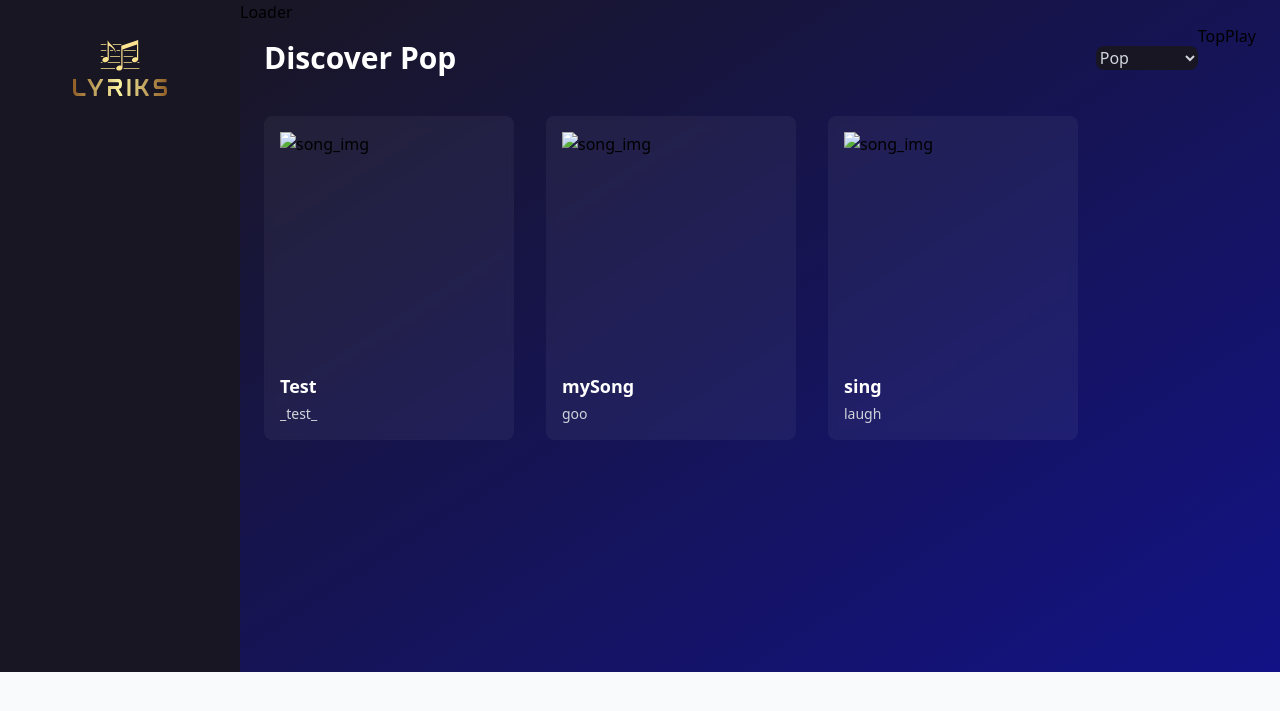
Repository: Chris24T/Dotify
Page: /
The author's editor kept a copy of each file at every save. The page is drawn from the files as they stood at one save, then again after the next save.
The browser window is 1280 px wide. The pictures show the whole page.
The project was rebuilt for these pictures with package versions that can differ from the ones it lists, and the page was loaded fresh each time. Also part of the build but not shown: vite.config.js, src/components/ArtistCard.jsx, src/components/DetailsHeader.jsx, src/components/SongBar.jsx, src/components/RelatedSongs.jsx, src/components/MusicPlayer/Controls.jsx, src/components/MusicPlayer/Player.jsx, src/components/MusicPlayer/Seekbar.jsx and 11 more.

Above is the page before, as saved 2022-12-04 19:55:08.

After the next save:
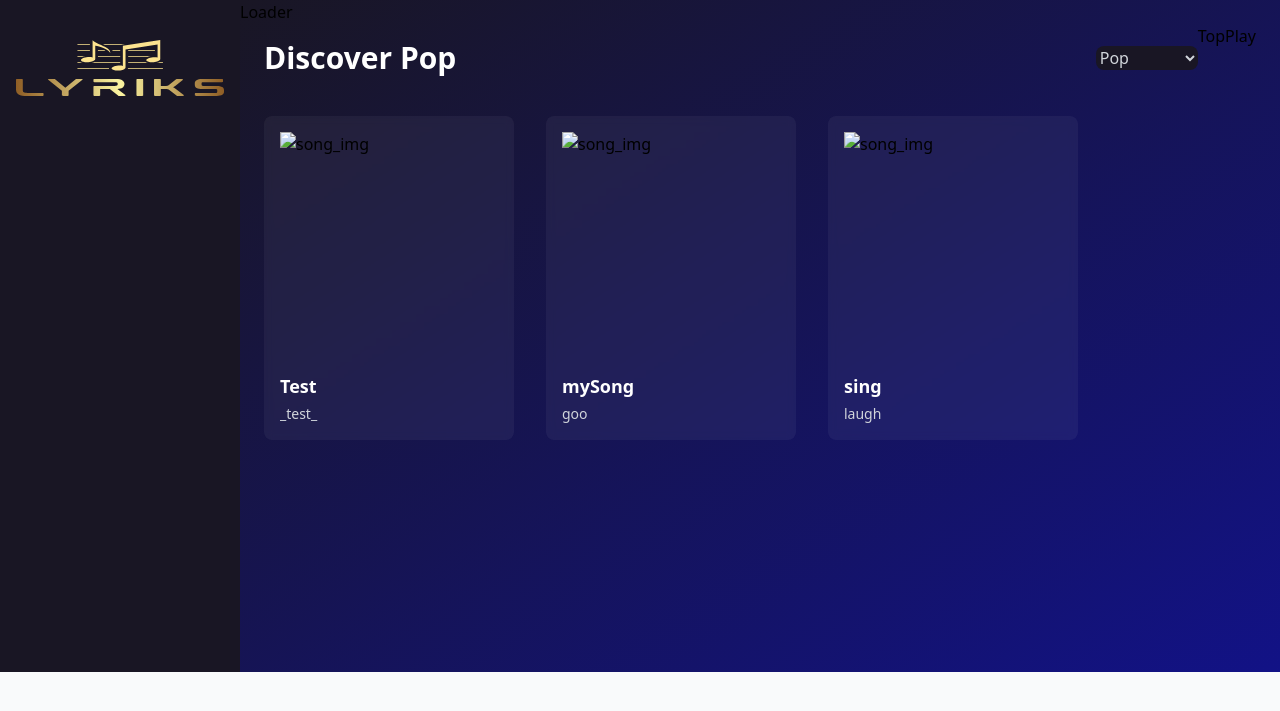
Saved 5 s later.
--- a/src/components/Sidebar.jsx
+++ b/src/components/Sidebar.jsx
@@ -11,7 +11,7 @@
   return (
     <>
       <div className="md:flex hidden flex-col w-[240px] py-10 px-4 bg-[#191624]">
-        <img src={logo} alt="logo" className='="w-full h-14 object-contain' />
+        <img src={logo} alt="logo" className='="w-full h-14 ' />
       </div>
     </>
   );

After the 2 saves that followed:
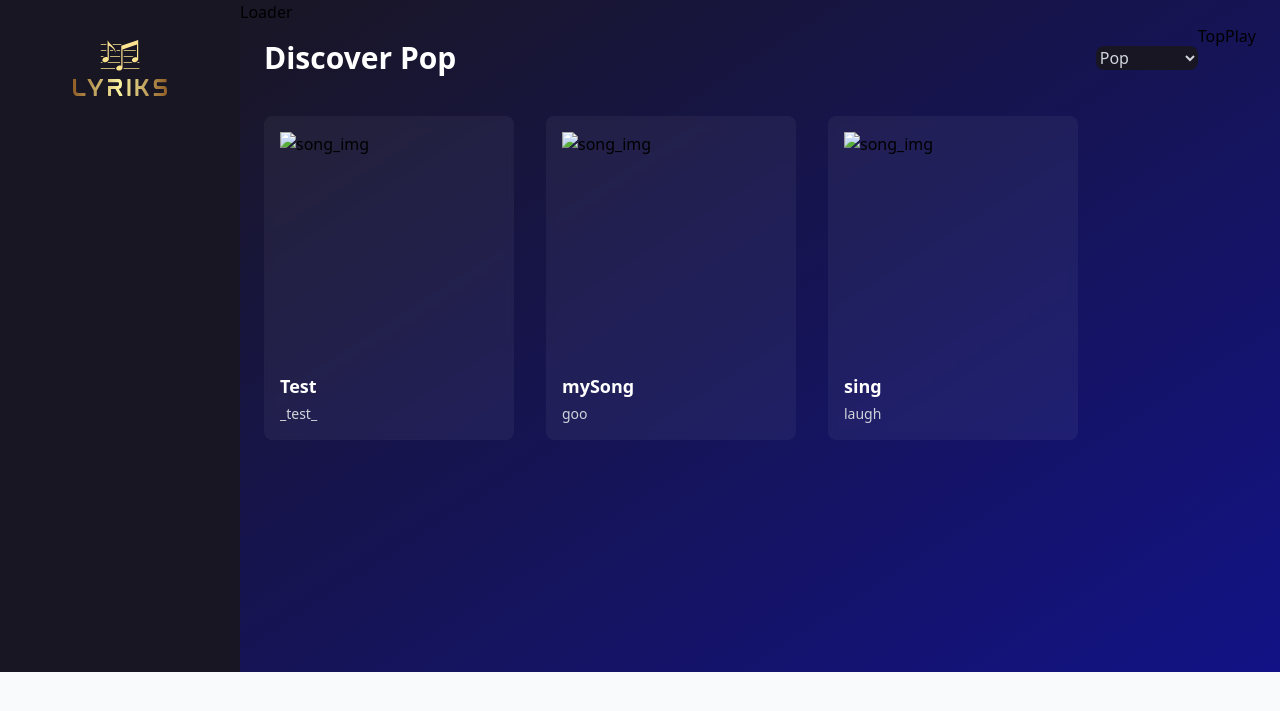
The 2 saves are shown as one change because they came seconds apart.
The last was saved 6 s later.
--- a/src/components/Sidebar.jsx
+++ b/src/components/Sidebar.jsx
@@ -11,7 +11,7 @@
   return (
     <>
       <div className="md:flex hidden flex-col w-[240px] py-10 px-4 bg-[#191624]">
-        <img src={logo} alt="logo" className='="w-full h-14 ' />
+        <img src={logo} alt="logo" className='=" h-14 object-contain' />
       </div>
     </>
   );
